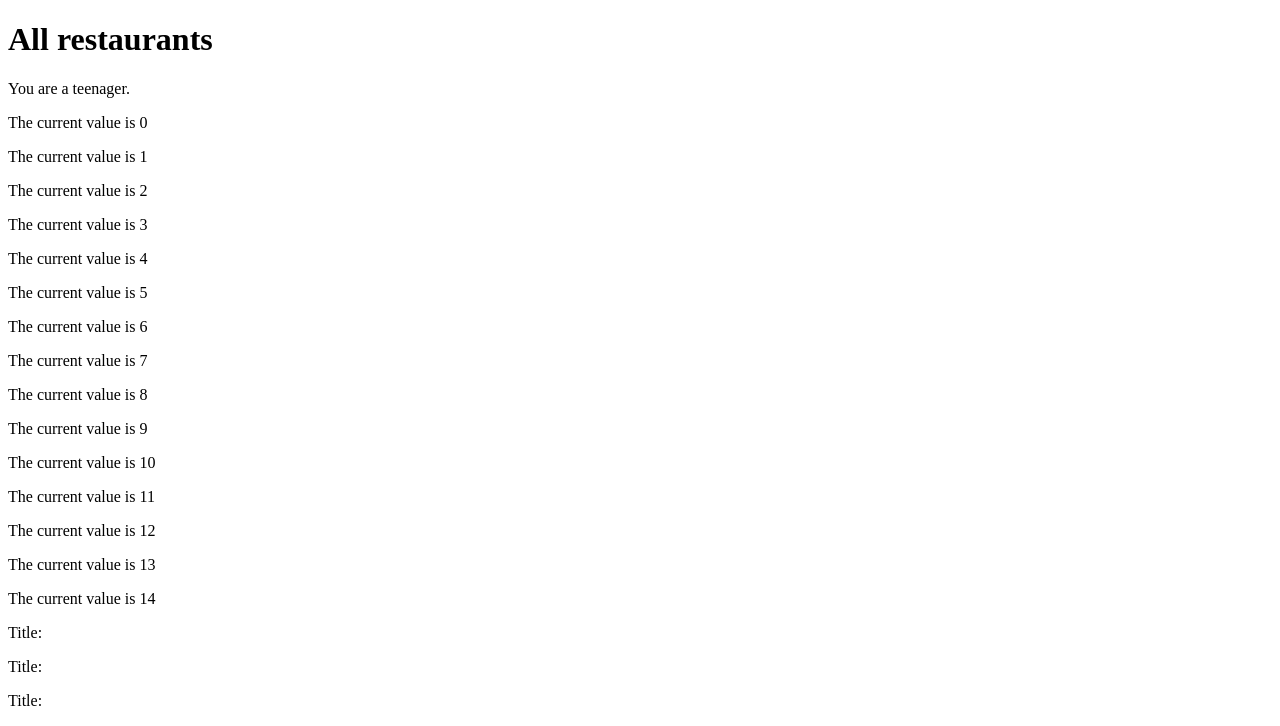
Repository: Dj3y/laravel
Page: http://localhost/restaurants
An editor plug-in stored every save of this project. The page is shown before and after a run of saves, followed by the edit.
The browser window is 1280 px wide. The pictures show the whole page.
The page is served by the project's Laravel application, run on PHP 8.4 with Laravel 12. Other server files are loaded and not shown. Queries for data that is not in the repository find no rows.

Above is the page before, as saved 2024-09-23 16:10:02.

### routes/web.php
<?php

use Illuminate\Support\Facades\Route;
use App\Http\Controllers\RestaurantController;

Route::get('/', function () {
    return view('welcome');
});

// Display all the restaurants
Route::get('/restaurants',[RestaurantController::class, 'index']);

// Show the details of a specific restaurant by id
// Route::get('/restaurant/show/{post:id}',  [RestaurantController::class, 'show/$id']);

// Show the form in order to create an restaurant
Route::get('/restaurant/create',[RestaurantController::class, 'create' ]);

// Post/public the restaurant
Route::post('/restaurant/create',function(){

});

// Show the form of an restaurant
Route::get('/restaurant/edit/{post:id}',[RestaurantController::class, 'edit/$id']);

// Update this specific restaurant
Route::put('/restaurant/edit/{post:id}',function($id){

});
// Delete a specific restaurant
Route::delete('/restaurant/{post:id}',function($id){
});

### app/Http/Controllers/RestaurantController.php
<?php

namespace App\Http\Controllers;

use Illuminate\Http\Request;

class RestaurantController extends Controller
{
    /**
     * Display a listing of the resource.
     */
    public function index()
    {
        $restaurants = \App\Models\Restaurant::all();
        return view('restaurants/index', ['restaurants' => $restaurants]);
    }

    /**
     * Show the form for creating a new resource.
     */
    public function create()
    {
        return view('restaurants/create');
    }

    /**
     * Store a newly created resource in storage.
     */
    public function store(Request $request)
    {
        //
    }

    /**
     * Display the specified resource.
     */
    public function show(string $id)
    {
        $restaurant = \App\Models\Restaurant::findOrFail($id);
        return view('restaurants/show', ['restaurant' => $restaurant]);
    }

    /**
     * Show the form for editing the specified resource.
     */
    public function edit(string $id)
    {
        $restaurant = \App\Models\Restaurant::findOrFail($id);
        return view('restaurants/edit', ['restaurant' => $restaurant]);
    }

    /**
     * Update the specified resource in storage.
     */
    public function update(Request $request, string $id)
    {
        //
    }

    /**
     * Remove the specified resource from storage.
     */
    public function destroy(string $id)
    {
        //
    }
}

### app/Models/Restaurant.php
<?php

namespace App\Models;

use Illuminate\Database\Eloquent\Factories\HasFactory;
use Illuminate\Database\Eloquent\Model;

class Restaurant extends Model
{
    // use HasFactory;²
    protected $table = 'restaurants';
}

### resources/views/restaurants/index.blade.php
<!DOCTYPE html>
<html lang="en">
<head>
    <meta charset="UTF-8">
    <meta name="viewport" content="width=device-width, initial-scale=1.0">
    <title>Restaurants</title>
</head>
<body>
    <h1>All restaurants</h1>
    <!-- create, initialization, of variables -->
    @php
        $age = 15;
        $a = 15;
        $posts = ['test', 'function', 'laravel']
    @endphp

    @if($age >= 18)
        <p>You are an adult.</p>
    @else
        <p>You are a teenager.</p>
    @endif

    @for($i = 0; $i < $a; $i++)
        <p>The current value is {{ $i }}</p>
    @endfor

    @foreach($posts as $post)
        <p>Title: <{{ $post }}/p>
    @endforeach
</body>
</html>

Loaded but not shown: app/Http/Controllers/Controller.php (common file)

After the next 3 saves:
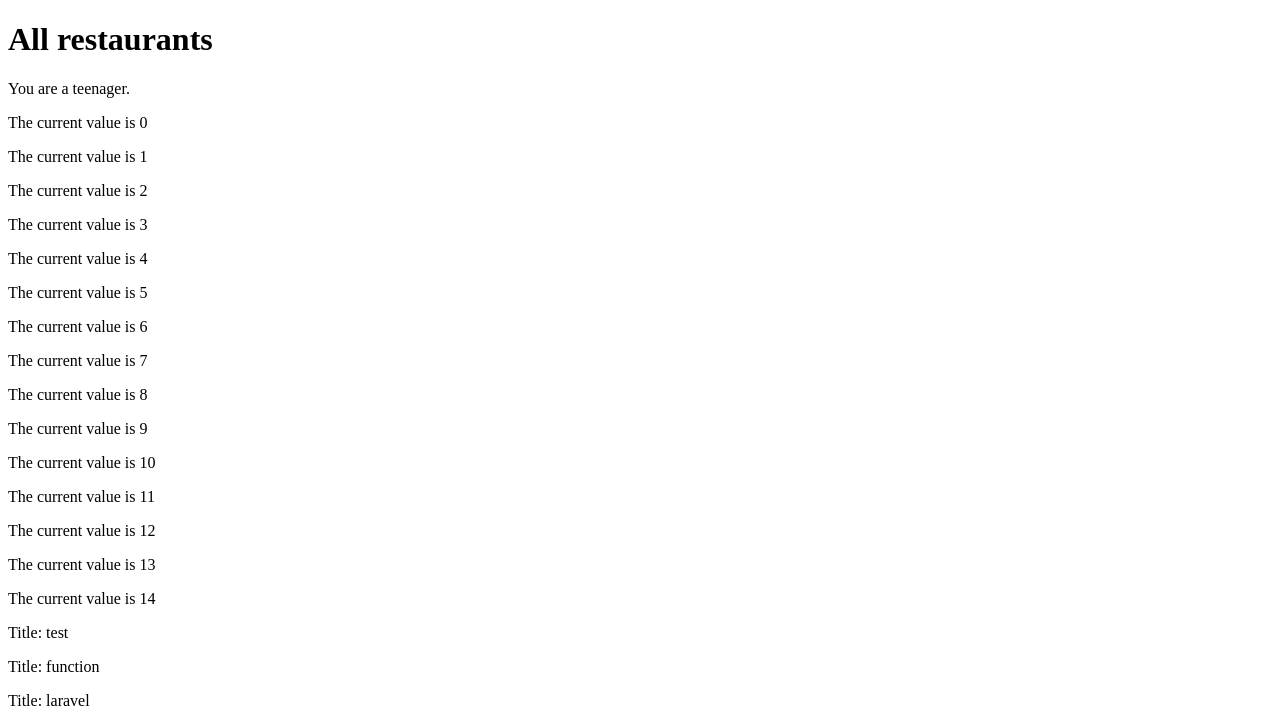
The 3 saves are shown as one change because they came seconds apart.
The last was saved 12 s later.
--- a/resources/views/restaurants/index.blade.php
+++ b/resources/views/restaurants/index.blade.php
@@ -25,7 +25,7 @@
     @endfor
 
     @foreach($posts as $post)
-        <p>Title: <{{ $post }}/p>
+        <p>Title: {{ $post }}</p>
     @endforeach
 </body>
 </html>
